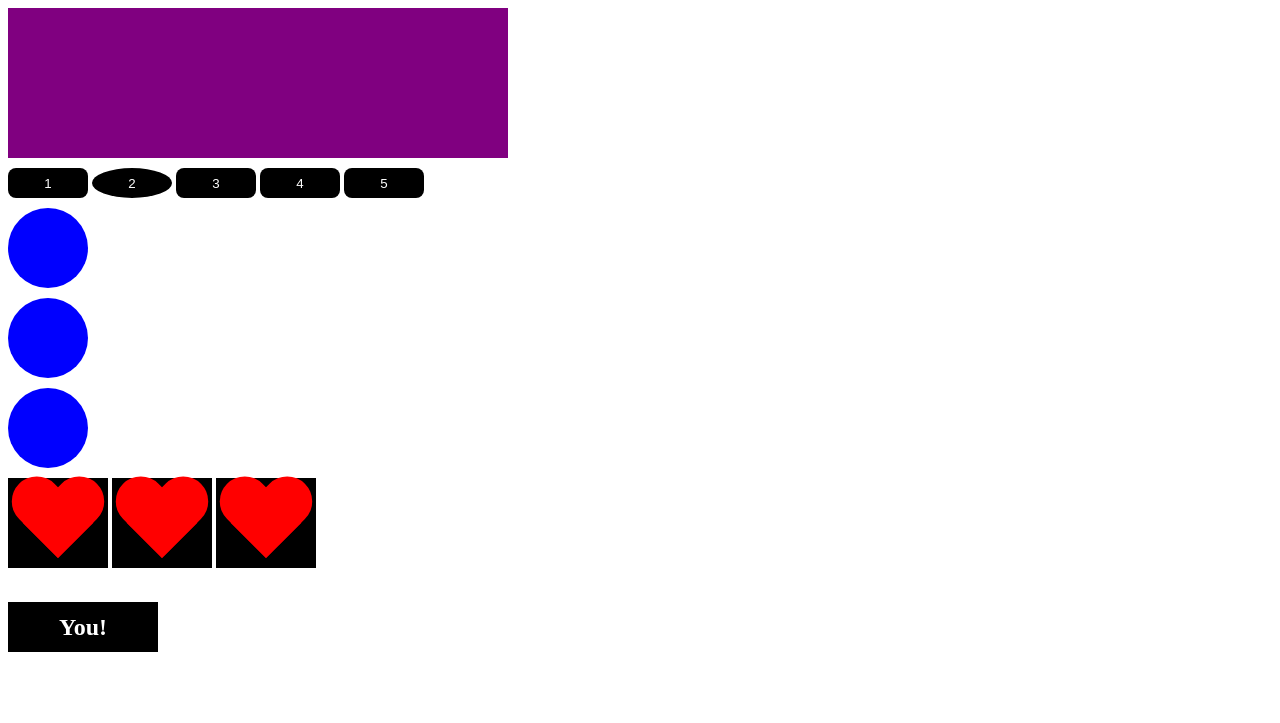
Repository: armus503/First_homework
Page: index2.html
These files come from the project's save history. The page is drawn as it stood at one moment and after the next save; the edit follows.
The browser window is 1280 px wide. The pictures show the whole page.

Above is the page before, as saved 2021-08-26 23:15:45.

### index2.html
<!DOCTYPE html>
<html lang="ru">

<head>
    <meta charset="utf-8">
    <meta http-equiv="X-UA-Compatible" content="IE=edge">
    <title>JavaScript</title>
    <link rel="stylesheet" href="/style2.css">
</head>

<body>
    <div class="box" id="box"></div>
    <button>1</button>
    <button>2</button>
    <button>3</button>
    <button>4</button>
    <button>5</button>

    <div class="circle"></div>
    <div class="circle"></div>
    <div class="circle"></div>

    <div class="wrapper">
        <div class="heart"></div>
        <div class="heart"></div>
        <div class="heart"></div>

    </div>

    <script src="/script2.js"></script>
</body>

</html>

### style2.css
.box {
  width: 150px;
  height: 150px;
  background-color: red;
}
button {
	width: 80px;
	height: 30px;
	margin-top: 10px;
	border: none;
	border-radius: 8px;
	background-color: #000;
	color: #fff;
	cursor: pointer;
	outline: none;
}

.circle {
	width: 80px;
	height: 80px;
	background-color: blue;
	display: block;
	margin-top: 10px;
	border-radius: 100%;
}

.heart {
	display: inline-block;
    position: relative;
    width: 100px;
    height: 90px;
    margin-top: 10px;
}
.heart:before,
.heart:after {
    position: absolute;
    content: "";
    left: 50px;
    top: 0;
    width: 50px;
    height: 80px;
    background: red;
    -moz-border-radius: 50px 50px 0 0;
    border-radius: 50px 50px 0 0;
    -webkit-transform: rotate(-45deg);
       -moz-transform: rotate(-45deg);
        -ms-transform: rotate(-45deg);
         -o-transform: rotate(-45deg);
            transform: rotate(-45deg);
    -webkit-transform-origin: 0 100%;
       -moz-transform-origin: 0 100%;
        -ms-transform-origin: 0 100%;
         -o-transform-origin: 0 100%;
            transform-origin: 0 100%;
}
.heart:after {
    left: 0;
    -webkit-transform: rotate(45deg);
       -moz-transform: rotate(45deg);
        -ms-transform: rotate(45deg);
         -o-transform: rotate(45deg);
            transform: rotate(45deg);
    -webkit-transform-origin: 100% 100%;
       -moz-transform-origin: 100% 100%;
        -ms-transform-origin: 100% 100%;
         -o-transform-origin: 100% 100%;
            transform-origin :100% 100%;
}
.black{
	width: 150px;
	height: 50px;
	line-height: 50px;
	text-align: center;
	background-color: black;
	margin-bottom: 30px;
	margin-top: 30px;
	color: #fff;
}

### script2.js
'use strict';

const box = document.getElementById('box'),
    btns = document.getElementsByTagName('button'),
    circles = document.getElementsByClassName('circle'),
    hearts = document.querySelectorAll('.heart'),
    oneHeart = document.querySelector('.heart'),
    wrapper = document.querySelector('.wrapper');

//console.dir(box); //посмотреть на элемент в качестве объекта

//инлайн стили(применяемые через JS) имеют приоритет перед стилями CSS
box.style.backgroundColor = 'blue'; //значения стилей записываем
box.style.width = '500px'; //в строковом формате, иначе не применятся

btns[1].style.borderRadius = '100%'; //меняем радиус второй кнопки псевдомассива btns

/*! этот способ назначения свойств действует только для отдельных элементов
для псевдомассива используется свойство cssText */

box.style.cssText = 'background-color: purple; width: 500px'; //стили записываются уже как в CSS
//так же можно использовать переменные, если свойства меняются динамически

//Для произведения одних и тех же действий над несколькими элементами используем циклы for, for...in, forEach(только вместе с querySelectorAll):

/*for (let i = 0; i < hearts.length; i++) {
    hearts[i].style.backgroundColor = 'orange';
}*/

hearts.forEach(item => {
    item.style.backgroundColor = 'black';
}); //стили примеятся ко всем элементам списка hearts


//Основные методы для работы с элементами страницы
//1) Создание элементов страницы при помощи скрипта(метод createElement)
const div = document.createElement('div'); //элемент создан и существует только внутри JS файла

//2)Создание текстовых узлов
const text = document.createTextNode('Я был тут'); // текст помещен в текстовый узел(ноду) и появится на странице. Используется редко.

//3)Работа с классами
div.classList.add('black'); //добавить(add) класс 'black' к блоку div при  помощи свойства classList

/* !!!!!!! Любой элемент можно ставить в начало, конец, середину документа, но по отношению к другому элементу (принцип дерева DOM)!!!!!!!!!*/

//Современные методы для работы с элементами страницы

//1)метод append(в конец блока)
document.body.append(div); //вставить в конец тега body элемент div при помощи метода append

//document.querySelector('.wrapper').append(div); //если класс wrapper используетя только
//один раз на странице, то можно так(вставить в конец блока с классом wrapper элемент div)

//wrapper.append(div); //если класс wrapper используется на странице несколько раз
//создаем переменную wrapper и уже добавляем элемент div в конец блока с классом wrapper так
//wrapper.appendChild(div);//устаревший метод(добавляет div в конец wrapper)

//2)свойство prepend(в начало блока)
//wrapper.prepend(div); //добавить элемент div в начало блока с классом wrapper

//3)метод before(перед)
//hearts[0].before(div); //добавить элем div перед первым элем hearts

//4)метод after(перед)
//hearts[0].after(div); //добавить элем div после первого элем hearts

//wrapper.insertBefore(div, hearts[1]);//устаревший(добавить div перед вторым элементом hearts)

//5)метод remove
//circles[0].remove(); //удалить первый элемент из circles

//wrapper.removeChild(hearts[1]);//устаревший(удалить второй элемент hearts)

//6)метод replaceWith
//hearts[0].replaceWith(circles[0]); //заменить первый элем из hearts на первый элем из circles

//wrapper.replaceChild(circles[0], hearts[0]); //устаревший(заменить на первый элем circles первый элем heart)

//Добавление HTML элементов

//1)
div.innerHTML = '<h1>Hello!</h1>'; //добавить HTML-элемент с текстом или просто текст в элемент div

//2)
//div.textContent = 'Hello'; //в данном методе можно вставить только текст
//именно он применяется, если какие-то данные требуется ввести пользователю
//в целях безоапсности - только текст без тегов!!!!!

//3)метод insertAdjacentHTML
div.insertAdjacentHTML('afterbegin', '<h2>You!</h2>');

After the next save:
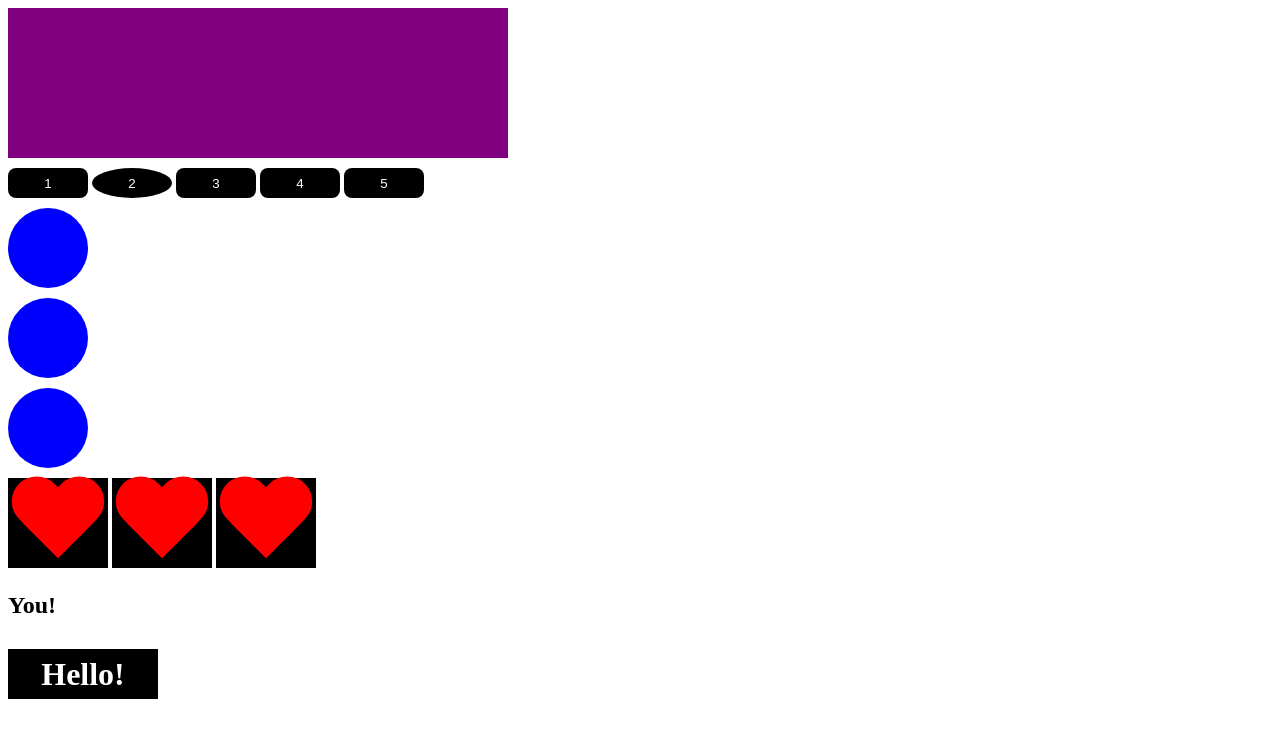
Saved 96 s later.
--- a/script2.js
+++ b/script2.js
@@ -88,4 +88,4 @@ div.innerHTML = '<h1>Hello!</h1>'; //добавить HTML-элемент с т
 //в целях безоапсности - только текст без тегов!!!!!
 
 //3)метод insertAdjacentHTML
-div.insertAdjacentHTML('afterbegin', '<h2>You!</h2>');
+div.insertAdjacentHTML('beforebegin', '<h2>You!</h2>');
